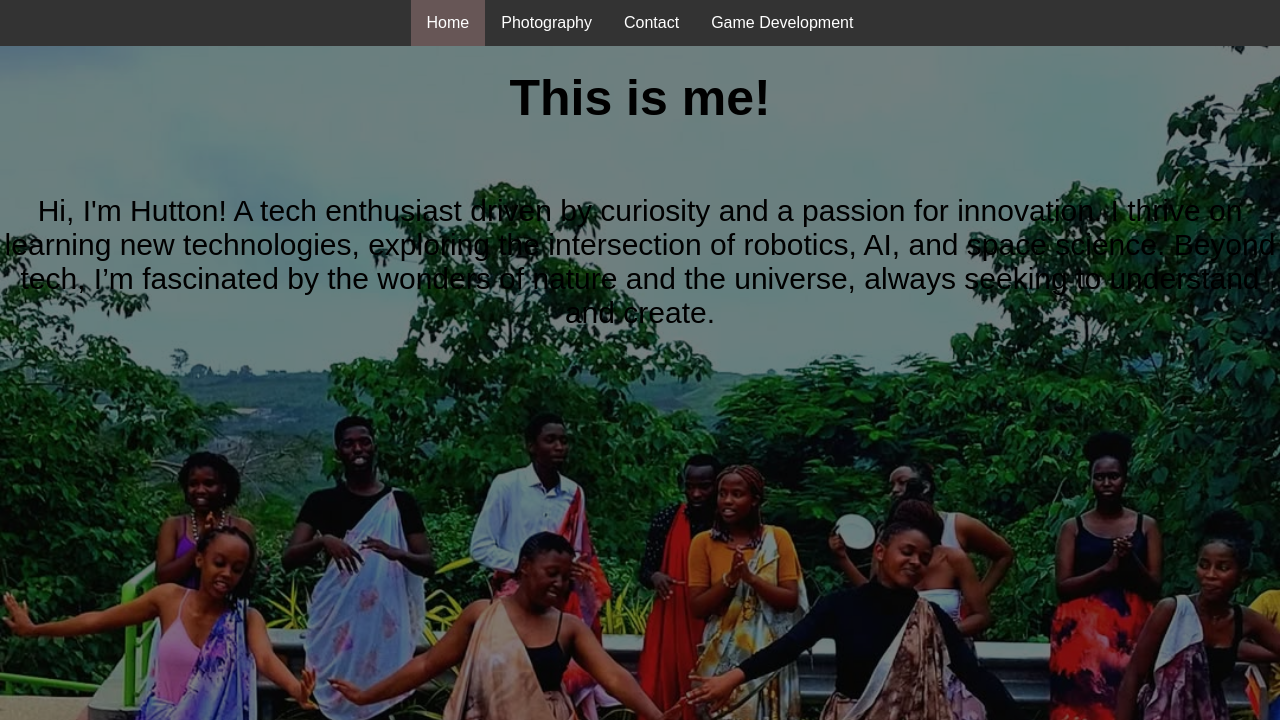
Repository: Argivist/ArgPortfolio
Page: index.html
The author's editor kept a copy of each file at every save. The page is drawn from the files as they stood at one save, then again after the next save.
The browser window is 1280 px wide. The pictures show the whole page.

Above is the page before, as saved 2025-03-28 18:41:25.

### index.html
<!DOCTYPE html>
<html lang="en">

<head>
    <meta charset="UTF-8">
    <meta name="viewport" content="width=device-width, initial-scale=1.0">
    <link rel="stylesheet" href="css/styles.css">
    <link rel="stylesheet" href="css/nav.css">
    <link rel="stylesheet" href="css/home.css">

    <title>Hutton Amison-Addy</title>

    <style>
        body{
            background-color: #f0f0f0;
            font-family: 'Arial', sans-serif;
        }
    </style>
</head>

<body>
    <nav>
        <ul>
            <li class="nav-content active active-text"><a href="index.html">Home</a></li>
            <li class="nav-content"><a href="https://www.instagram.com/theworldinoneseye/">Photography</a></li>

            <li class="dropdown nav-content">
                <a href="contact.html">Contact</a>
                <ul class="dropdown-content">
                    <li><a href="https://www.linkedin.com/in/hutton-amison-addy-7b1b3b1b1/">LinkedIn</a></li>
                    <li><a href="https://www.github.com/Argivist">GitHub</a></li>
                    <li><a href="mailto:hutton.amison@ashesi.edu.gh">hutton.amison@ashesi.edu.gh</a></li>
                    <li><a href="mailto:huttonaaddy.public@gmail.com">huttonaaddy.public@gmail.com</a></li>
                </ul>
            </li>

            <li class="dropdown nav-content">
                <a href="#">Game Development</a>
                <ul class="dropdown-content">
                    <li><a href="game/index.html">Game Development Projects</a></li>
                    <li><a href="blender/index.html">Blender</a></li>
                </ul>
            </li>
        </ul>
    </nav>
    <div class="padding">
    </div>
        <div class="overlay">
            <h1>This is me!</h1>
            <p class="desc">
                Hi, I'm Hutton! A tech enthusiast driven by curiosity and a passion for innovation. I thrive on learning new technologies, exploring the intersection of robotics, AI, and space science. Beyond tech, I’m fascinated by the wonders of nature and the universe, always seeking to understand and create.
            </p>
        </div>



</body>

</html>

### css/styles.css
body{
    height: 100%;
    margin: 0;
    padding: 0;
}

 p {
    white-space: pre-line; /* preserves newlines, but collapses extra spaces */
  }

### css/nav.css
/* 1. Define default variables in :root */


/* NAV Content and Dropdown */
.nav-content {
    position: relative;
    display: inline-block;
}

.dropdown {
    position: relative; /* For proper absolute positioning of its child */
    display: inline-block;
}

.dropdown:hover .dropdown-content {
    display: block;
}

.dropdown-content {
    display: none;
    position: absolute; /* This makes it overlay other elements without affecting layout */
    background-color: var(--dropdown-bg);
    min-width: 160px;
    box-shadow: 0px 8px 16px 0px rgba(0,0,0,0.2);
    z-index: 1;
}

/* Nav Stylisation */
nav {
    background-color: var(--nav-bg);
    position: fixed;
    top: 0;
    left: 0;
    width: 100vw;
    z-index: 100;
    display: flex;
    justify-content: center;  /* Centers the nav content horizontally */
    align-items: center;      /* Vertically centers items */
    margin: 0;
    color: var(--nav-link-color);
}

/* Reserve space for the fixed navbar */
.padding {
    height: 35px;  /* Adjust this value to match your navbar's height */
    top: 0;
    left: 0;
    width: 100%;
    bottom: 0;
}

/* Nav List Styles */
nav ul {
    list-style-type: none;
    margin: 0;
    padding: 0;
    display: flex;
}

nav ul li {
    display: inline-block;
    margin: 0;
    text-align: center;
    /* If you want each <li> to match nav’s background: */
    background-color: var(--nav-bg);
}

/* Nav Links */
nav ul li a {
    display: block;
    color: var(--nav-link-color);
    text-align: center;
    padding: 14px 16px;
    text-decoration: none;
}

nav ul li a:hover {
    background-color: var(--nav-link-hover-bg);
    color: var(--nav-link-active-color);
}

/* Optional: Ensure dropdown list items take full width */
.dropdown ul li {
    width: 100%;
}

/* Active link styling */
.active {
    background-color: var(--active-bg);
    /* color: var(--nav-link-active-color); */
    text-decoration: none;
}
/* If .active is on the <li>, target the <a> inside */
.active-text{
    color: var(--nav-link-active-color);
}

### css/home.css
/* Custom Theme variables */
:root {
    --nav-bg: #333;
    --nav-link-color: #fff;
    --nav-link-hover-bg: #111;
    --dropdown-bg: #f9f9f9;
    --active-bg: #675656;
    --body-text-color: #333;      /* General text color */
    --heading-text-color: #222;   /* Headings, if desired */
}


h1 {
    color: --heading-text-color;
    font-size: 50px;
    text-align: center;
    /* text-shadow: 2px 2px 5px rgba(0, 0, 0, 0.5); */
}

p {
    color: --body-text-color;
    font-size: 30px;
    text-align: center;
    /* text-shadow: 2px 2px 5px rgba(0, 0, 0, 0.5); */
}


body {
    background-image:url('../img/home.jpeg');
    background-size:cover;    /* Ensures the image covers the whole screen */
    background-repeat: no-repeat;  /* Prevents tiling */
    background-position: center 10%;

    /*  */
    /* background-position: center;   Centers the image */
}
.overlay {
    position: fixed;
    /* top: 0; */
    left: 0;
    width: 100%;
    height: 100%;
    background-color: rgba(0, 0, 0, 0.5); /* Adjust opacity as needed */
    z-index: -1; /* Keeps it behind your content */
}

After the next save:
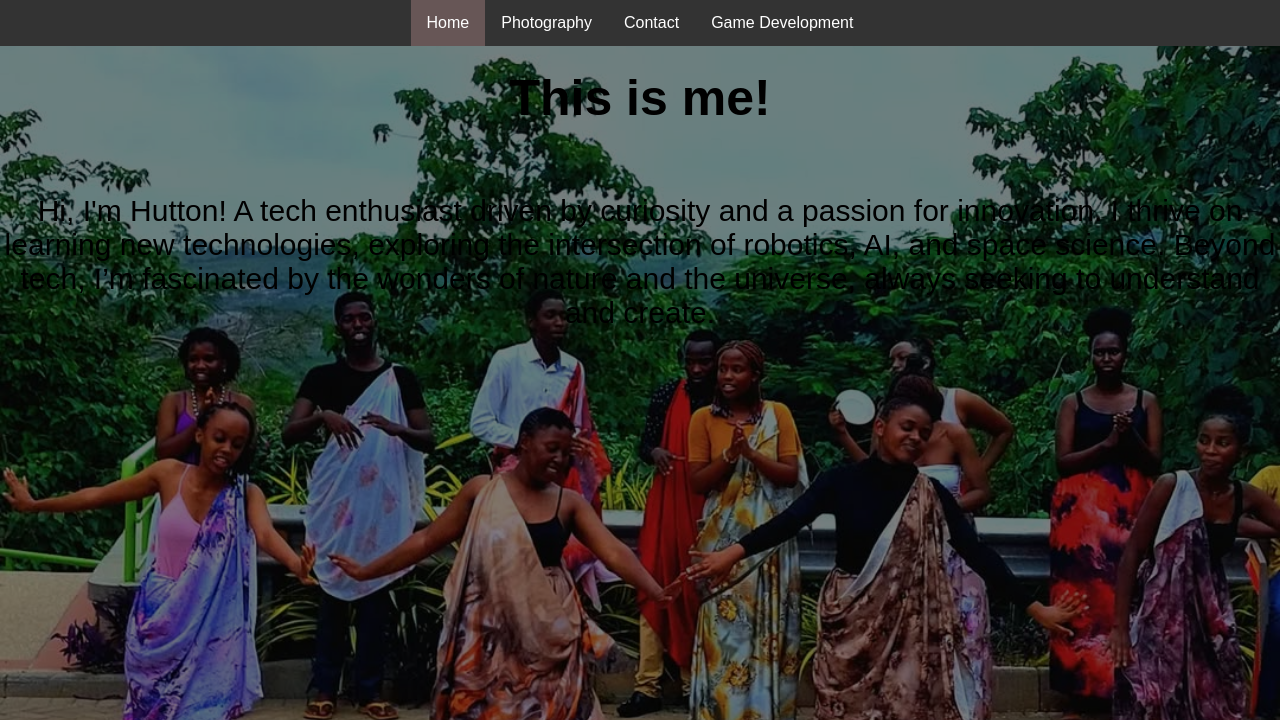
Saved 11 s later.
--- a/css/home.css
+++ b/css/home.css
@@ -29,7 +29,7 @@ body {
     background-image:url('../img/home.jpeg');
     background-size:cover;    /* Ensures the image covers the whole screen */
     background-repeat: no-repeat;  /* Prevents tiling */
-    background-position: center 10%;
+    background-position: center 20%;
 
     /*  */
     /* background-position: center;   Centers the image */
